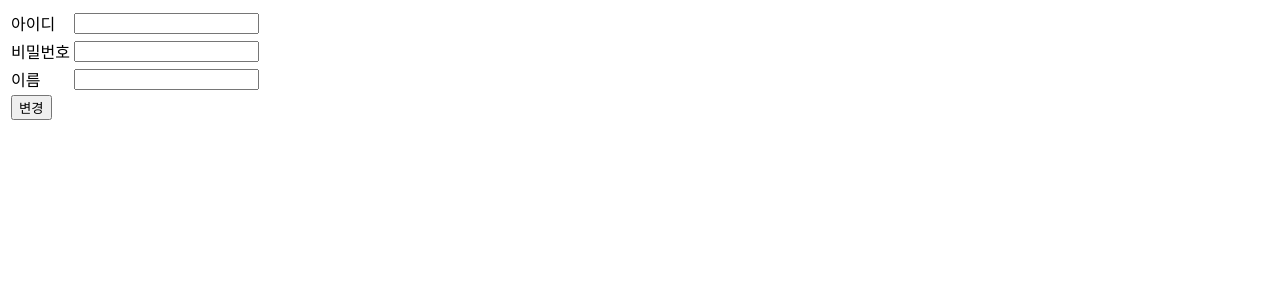
Repository: khs220507/WebClass
Page: http://localhost/prj0829/updateForm.jsp
The author's editor kept a copy of each file at every save. The page is drawn from the files as they stood at one save, then again after the next save.
The browser window is 1280 px wide. The pictures show the whole page.
The page is served by Tomcat 9.

Above is the page before, as saved 2023-08-29 01:35:47.

### prj0829/src/main/webapp/updateForm.jsp
<%@ page language="java" contentType="text/html; charset=UTF-8"
	pageEncoding="UTF-8"%>

<%
String userid = request.getParameter("userid");
System.out.println(userid);
%>

<!DOCTYPE html>
<html>
<head>
<meta charset="UTF-8">
<title>Insert title here</title>
</head>
<body>

	<form action="update_action.jsp" method="post">
		<table>
			<tr>
				<td>아이디</td>
				<td><input type="text" readonly="readonly"></td>
			</tr>			<tr>
				<td>비밀번호</td>
				<td><input type="text"></td>
			</tr>
			<tr>
				<td>이름</td>
				<td><input type="text"></td>
			</tr>
			<tr>

				<td><input type="submit" value="변경"></td>
			</tr>
		</table>
	</form>

</body>
</html>

After the next save:
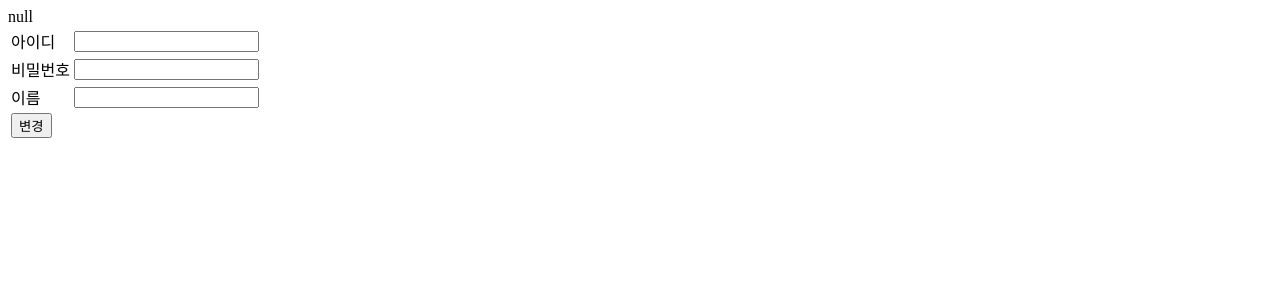
Saved 2 min 13 s later.
--- a/prj0829/src/main/webapp/updateForm.jsp
+++ b/prj0829/src/main/webapp/updateForm.jsp
@@ -3,7 +3,7 @@
 
 <%
 String userid = request.getParameter("userid");
-System.out.println(userid);
+out.println(userid);
 %>
 
 <!DOCTYPE html>
